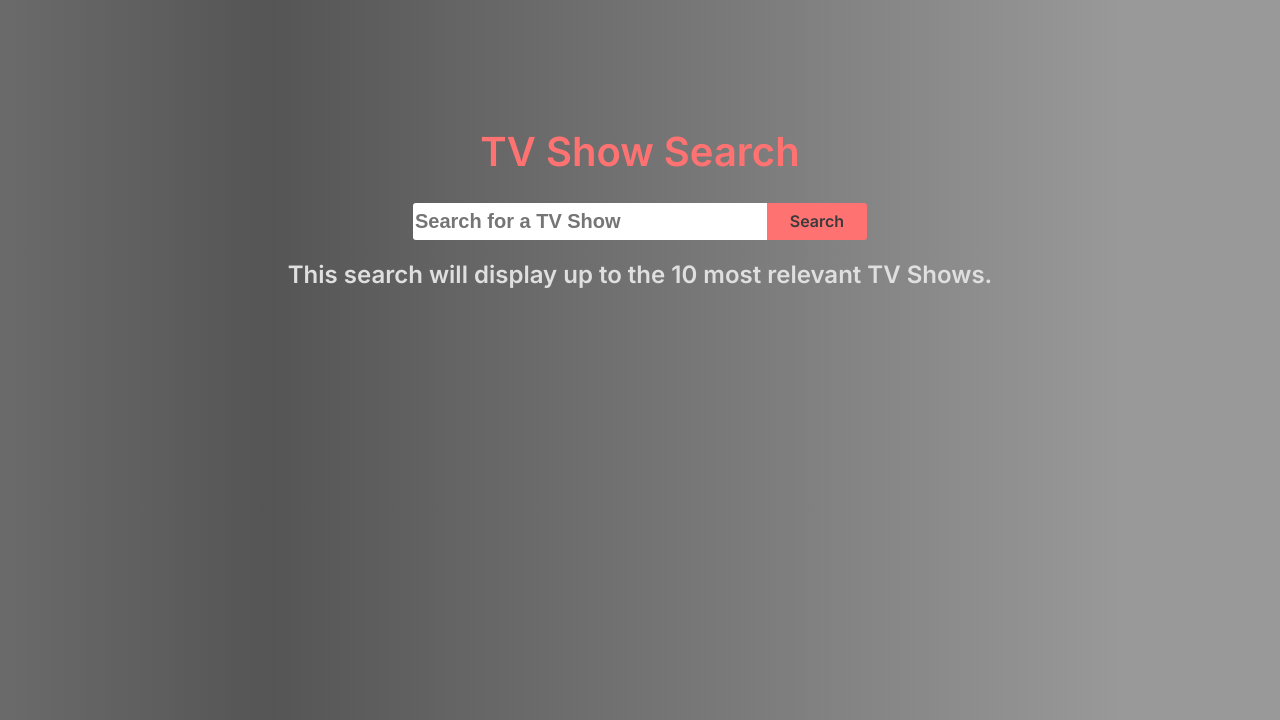
Repository: shayanabedi98/tv-search-react
Page: /
These files come from the project's save history. The page is drawn as it stood at one moment and after the next save; the edit follows.
The browser window is 1280 px wide. The pictures show the whole page.
The project was rebuilt for these pictures with package versions that can differ from the ones it lists, and the page was loaded fresh each time. Also part of the build but not shown: vite.config.js.

Above is the page before, as saved 2024-01-09 15:29:51.

After the next save:
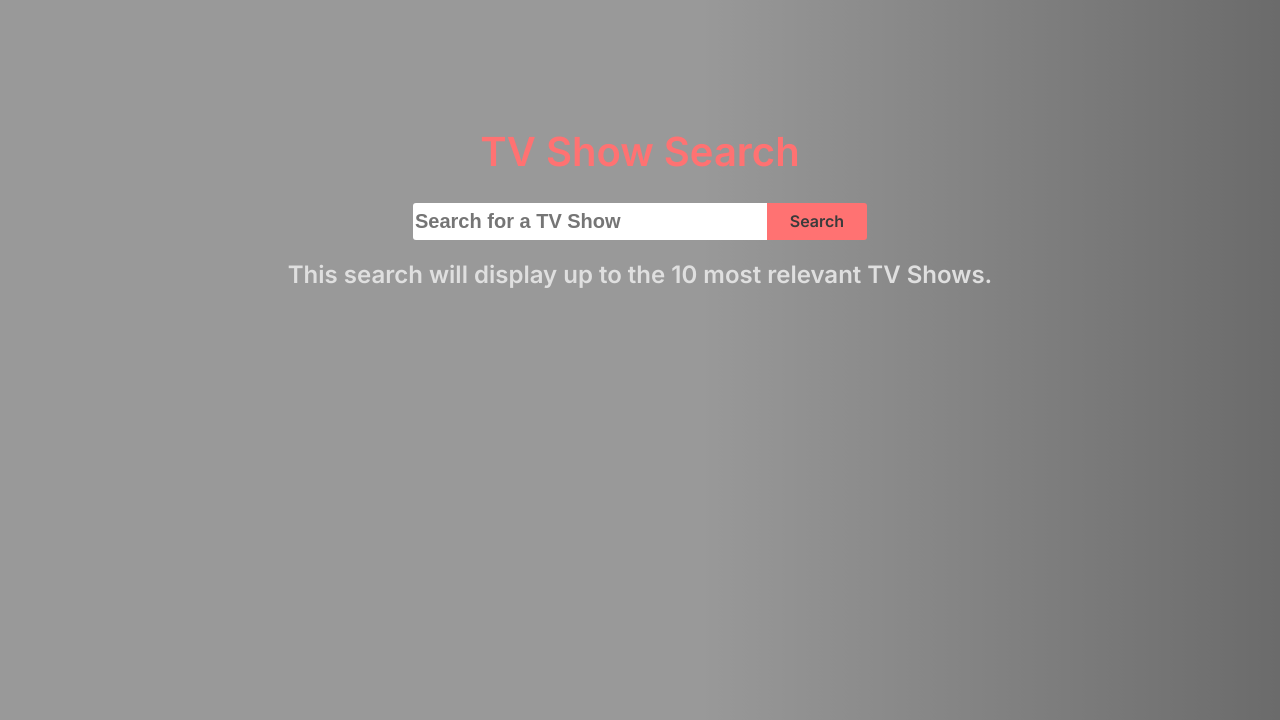
Saved 64 s later.
--- a/src/index.css
+++ b/src/index.css
@@ -8,12 +8,12 @@ body {
   width: 100%;
   background: linear-gradient(to right, rgb(153, 153, 153), rgb(85, 85, 85), rgb(153, 153, 153), rgb(153, 153, 153));
   background-size: 200% 200%;
-  animation: move-bg 12s linear infinite;
+  animation: move-bg 10s linear infinite;
 }
 
 @keyframes move-bg {
   0% { background-position: 0% 50%;}
-  100% { background-position: 100% 50%;}
+  100% { background-position: -100% 50%;}
 }
 
 .search {
